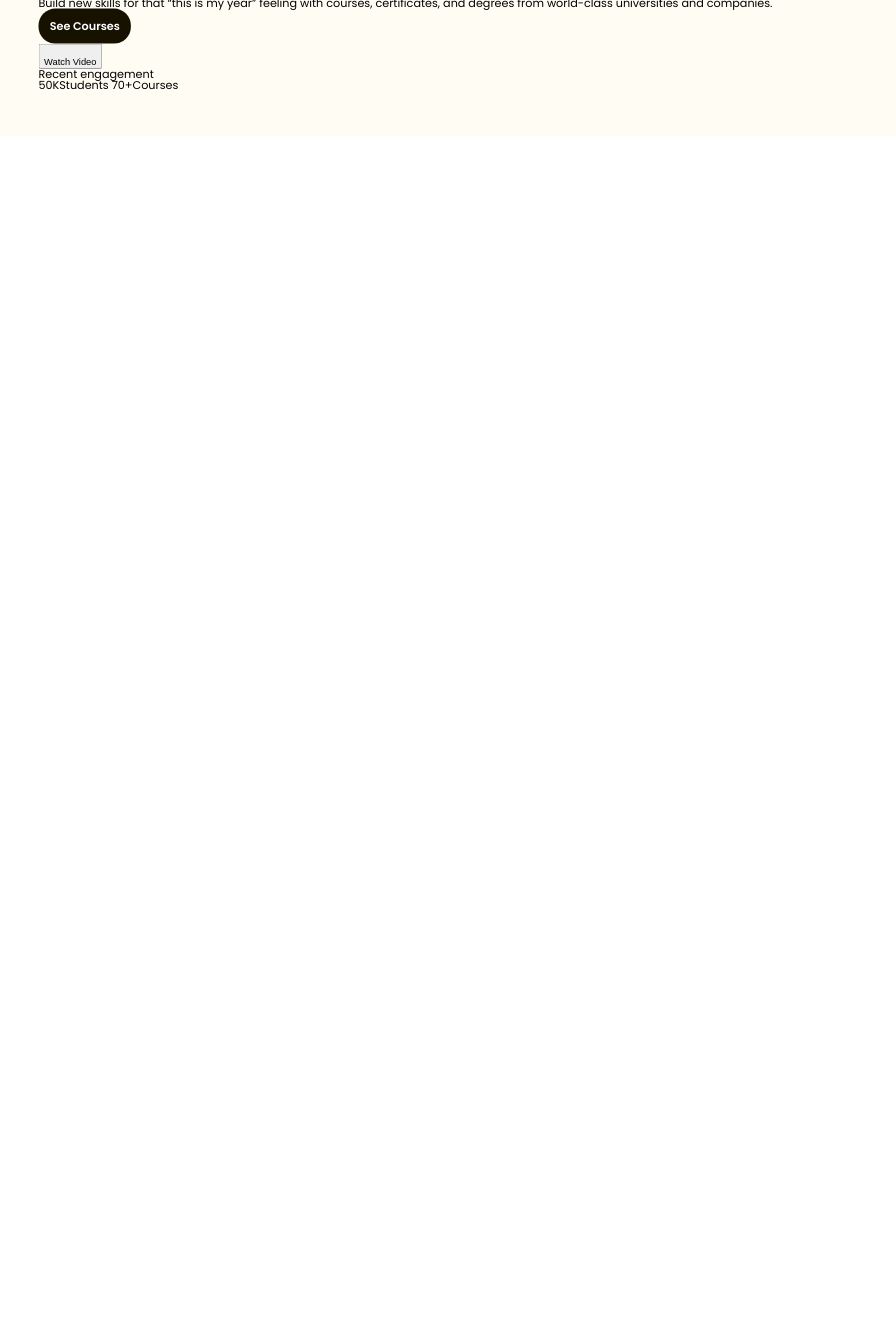
Repository: empty24062002/f8-htmlcss-02
Page: index.html
An editor plug-in stored every save of this project. The page is shown before and after the next save, followed by the edit.
The browser window is 1280 px wide. The pictures show the part of the page from y = 866 to 2766 px (the page is 5094 px tall), at 70% of full size.
A picture or video elsewhere on the page could not be fetched, so the positions and the page height are approximate.

Above is the page before, as saved 2023-07-18 09:21:16.

### index.html
<!DOCTYPE html>
<html lang="en">
    <head>
        <meta charset="UTF-8" />
        <meta name="viewport" content="width=device-width, initial-scale=1.0" />
        <title>F8 Project 02</title>
        <!-- Reset css -->
        <link rel="stylesheet" href="./assets/css/reset.css" />
        <!-- Embed font -->
        <link rel="preconnect" href="https://fonts.googleapis.com" />
        <link rel="preconnect" href="https://fonts.gstatic.com" crossorigin />
        <link
            href="https://fonts.googleapis.com/css2?family=Poppins:wght@400;500;600;700&family=Sen:wght@700&display=swap"
            rel="stylesheet"
        />
        <!-- Styles -->
        <link rel="stylesheet" href="./assets/css/styles.css" />
    </head>
    <body>
        <header class="header fixed">
            <div class="main-content">
                <div class="body">
                    <img
                        src="./assets/img/logo.svg"
                        alt="lesson."
                        class="logo"
                    />
                    <!-- nav -->
                    <nav class="nav">
                        <ul>
                            <li class="active">
                                <a href="">Home</a>
                            </li>
                            <li>
                                <a href="">Courses</a>
                            </li>
                            <li>
                                <a href="">Pricing</a>
                            </li>
                            <li>
                                <a href="">Reviews</a>
                            </li>
                        </ul>
                    </nav>
                    <div class="action">
                        <a href="#!" class="btn sign-up-btn">Sign up</a>
                    </div>
                </div>
            </div>
        </header>
        <main style="height: 5000px">
            <!-- Hero -->
            <div class="hero">
                <div class="main-content">
                    <div class="hero-body">
                        <!-- Hero Left -->
                        <div class="media-block">
                            <img
                                src="./assets/img/media-block.png"
                                alt="Learn without limits and spread knowledge."
                                class="img"
                            />

                            <div class="hero-summary">
                                <div class="item">
                                    <div class="icons">
                                        <img
                                            src="./assets/icons/icon1.svg"
                                            alt=""
                                        />
                                    </div>
                                    <div class="info">
                                        <p class="lable">20 Courses</p>
                                        <p class="title">UI/UX Design</p>
                                    </div>
                                </div>

                                <div class="item">
                                    <div class="icons">
                                        <img
                                            src="./assets/icons/icon2.svg"
                                            alt=""
                                        />
                                    </div>
                                    <div class="info">
                                        <p class="lable">20 Courses</p>
                                        <p class="title">UI/UX Design</p>
                                    </div>
                                </div>

                                <div class="item">
                                    <div class="icons">
                                        <img
                                            src="./assets/icons/icon 3.svg"
                                            alt=""
                                        />
                                    </div>
                                    <div class="info">
                                        <p class="lable">20 Courses</p>
                                        <p class="title">UI/UX Design</p>
                                    </div>
                                </div>
                            </div>
                        </div>

                        <!-- Hero right -->
                        <div class="content-block">
                            <h1 class="heading">
                                Learn without limits and spread knowledge.
                            </h1>
                            <p class="desc">
                                Build new skills for that “this is my year”
                                feeling with courses, certificates, and degrees
                                from world-class universities and companies.
                            </p>
                            <div class="cta-group">
                                <a href="#!" class="btn">See Courses</a>
                            </div>
                            <button class="watch-video">
                                <div class="icon">
                                    <img src="" alt="" />
                                </div>
                                <span> Watch Video </span>
                            </button>
                            <p class="desc">Recent engagement</p>
                            <p class="desc-stats">
                                <strong>50K</strong>Students
                                <strong>70+</strong>Courses
                            </p>
                        </div>
                    </div>
                </div>
            </div>
        </main>
    </body>
</html>

### assets/css/styles.css
* {
    box-sizing: border-box;
}

:root {
    --font-heading: Sen, sans-serif;
}

html {
    font-size: 62.5%;
}

body {
    font-size: 1.6rem;
    font-family: "Poppins", sans-serif;
}

/* Common */
a {
    text-decoration: none;
}

.main-content {
    width: 1170px;
    max-width: calc(100% - 48px);
    margin-left: auto;
    margin-right: auto;
}

.btn {
    display: inline-block;
    min-width: 118px;
    padding: 0 16px;
    font-size: 1.6rem;
    font-weight: 600;
    line-height: 50px;
    border-radius: 24px;
    background: #171100;
    text-align: center;
    color: #fff;
}

/* Header */
.header {
    background: #fffcf4;
}

.header .fixed {
    position: sticky;
    top: -28px;
    z-index: 1;
}

.header .body {
    display: flex;
    align-items: center;
    padding: 36px 0 8px;
}

.nav {
    margin-left: auto;
}

.nav ul {
    display: flex;
}

.nav a {
    position: relative;
    padding: 8px 21px;
    color: #5f5b53;
    font-size: 1.6rem;
}

.nav a:hover,
.nav li.active a {
    /* font-weight: 600; */
    text-shadow: 1px 0 0 currentColor;
    color: #171100;
}

.nav li.active a::after {
    position: absolute;
    content: "";
    bottom: 6px;
    left: 21px;
    width: 12px;
    height: 2px;
    border-radius: 1px;
    background: #171100;
}

.header .sign-up-btn {
    min-width: 144px;
}

/* Hero */
.hero {
    padding: 64px 0;
    background-color: #fffcf4;
}

.hero .media-block {
    position: relative;
    width: 48%;
}

.hero .media-block .img {
    width: 470px;
    height: 685px;
    object-fit: cover;
    border-radius: 20px;
}

.hero .hero-summary {
    position: absolute;
    width: 270px;
    right: 0;
    bottom: 48px;
    border-radius: 12px;
    background: #fff;
    box-shadow: 0px 16px 32px 0px rgba(0, 0, 0, 0.05);
}

.hero .hero-summary .item {
    display: flex;
}

Loaded but not shown: assets/css/reset.css (common file)

After the next save:
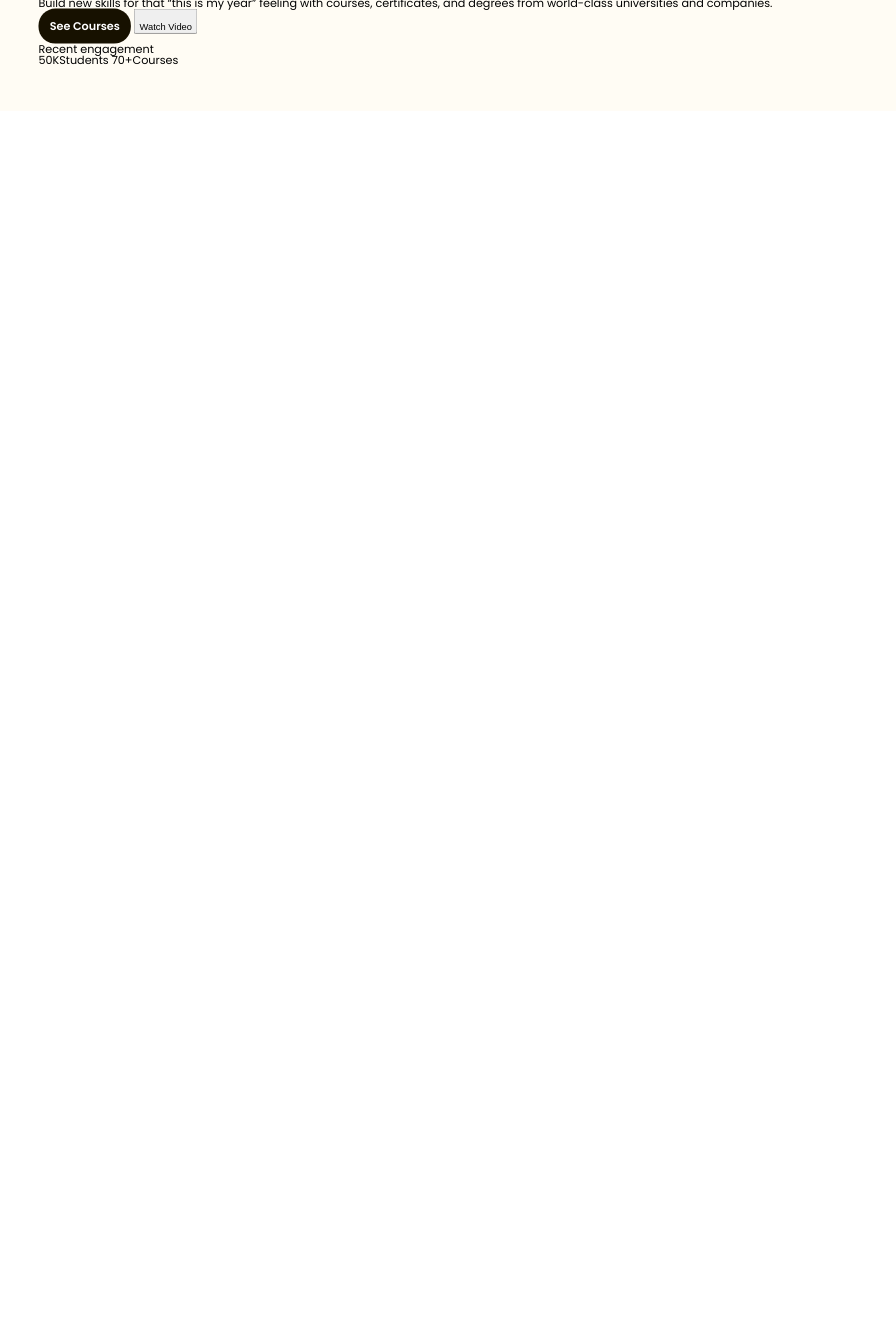
Saved 2 min 15 s later.
--- a/index.html
+++ b/index.html
@@ -115,13 +115,13 @@
                             </p>
                             <div class="cta-group">
                                 <a href="#!" class="btn">See Courses</a>
+                                <button class="watch-video">
+                                    <div class="icon">
+                                        <img src="" alt="" />
+                                    </div>
+                                    <span> Watch Video </span>
+                                </button>
                             </div>
-                            <button class="watch-video">
-                                <div class="icon">
-                                    <img src="" alt="" />
-                                </div>
-                                <span> Watch Video </span>
-                            </button>
                             <p class="desc">Recent engagement</p>
                             <p class="desc-stats">
                                 <strong>50K</strong>Students
